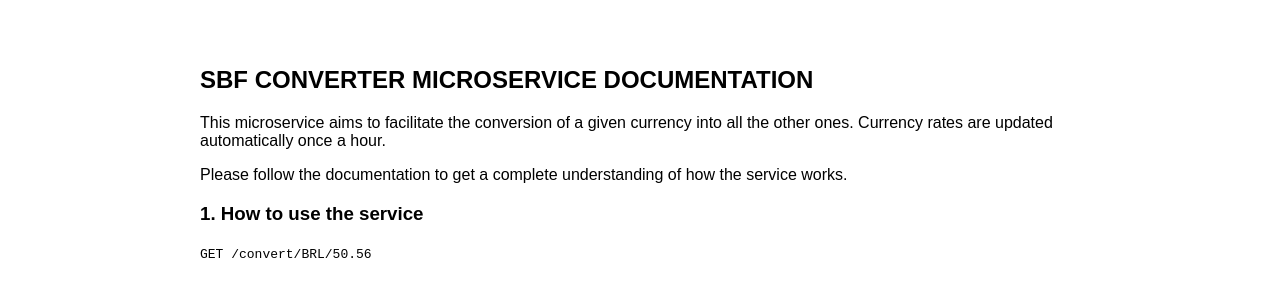
Repository: miguelamello/nestjs-restful-api
Page: documentation.html
These files come from the project's save history. The page is drawn as it stood at one moment and after a run of saves; the edit follows.
The browser window is 1280 px wide. The pictures show the whole page.

Above is the page before, as saved 2023-03-21 22:05:28.

After the next 4 saves:
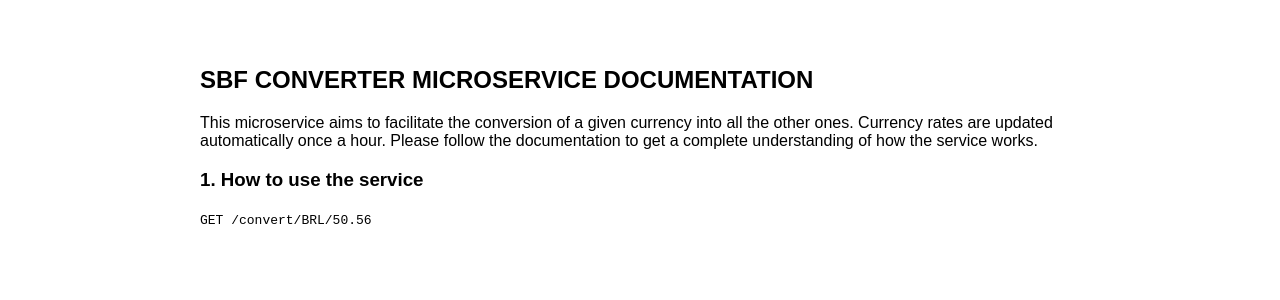
The 4 saves are shown as one change because they came seconds apart.
The last was saved 23 s later.
--- a/documentation.html
+++ b/documentation.html
@@ -14,10 +14,12 @@
 </head>
 <body>
   <h2>SBF CONVERTER MICROSERVICE DOCUMENTATION</h2>
-  <p>This microservice aims to facilitate the conversion of a given currency
-    into all the other ones. Currency rates are updated automatically once a hour.</p>
-  <p>Please follow the documentation to get a complete
-  understanding of how the service works. </p>
+  <p>
+    This microservice aims to facilitate the conversion of a given currency
+    into all the other ones. Currency rates are updated automatically once a hour.
+    Please follow the documentation to get a complete
+    understanding of how the service works.
+  </p>
 
   <h3>1. How to use the service</h3>
   <code>GET /convert/BRL/50.56</code>
